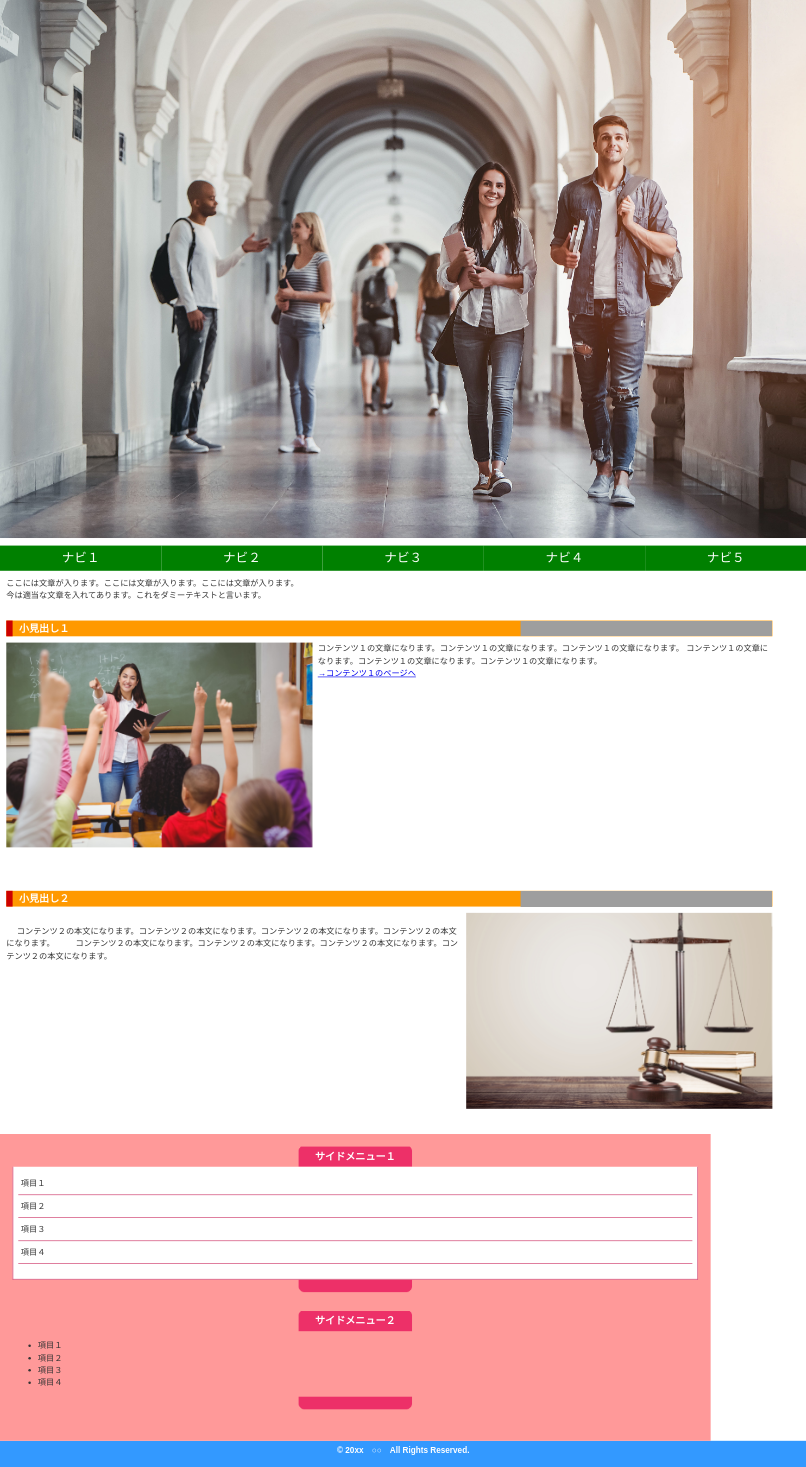
Repository: royal3773/samurai_HTML-CSS
Page: home/home.html
The author's editor kept a record of every edit. The page is drawn from the files as they stood at one moment, then again after the next edit.
The browser window is 1280 px wide. The pictures show the whole page, at 63% of full size.
Pictures or frames that could not be fetched are drawn as grey boxes.

Above is the page before.

After the next edit:
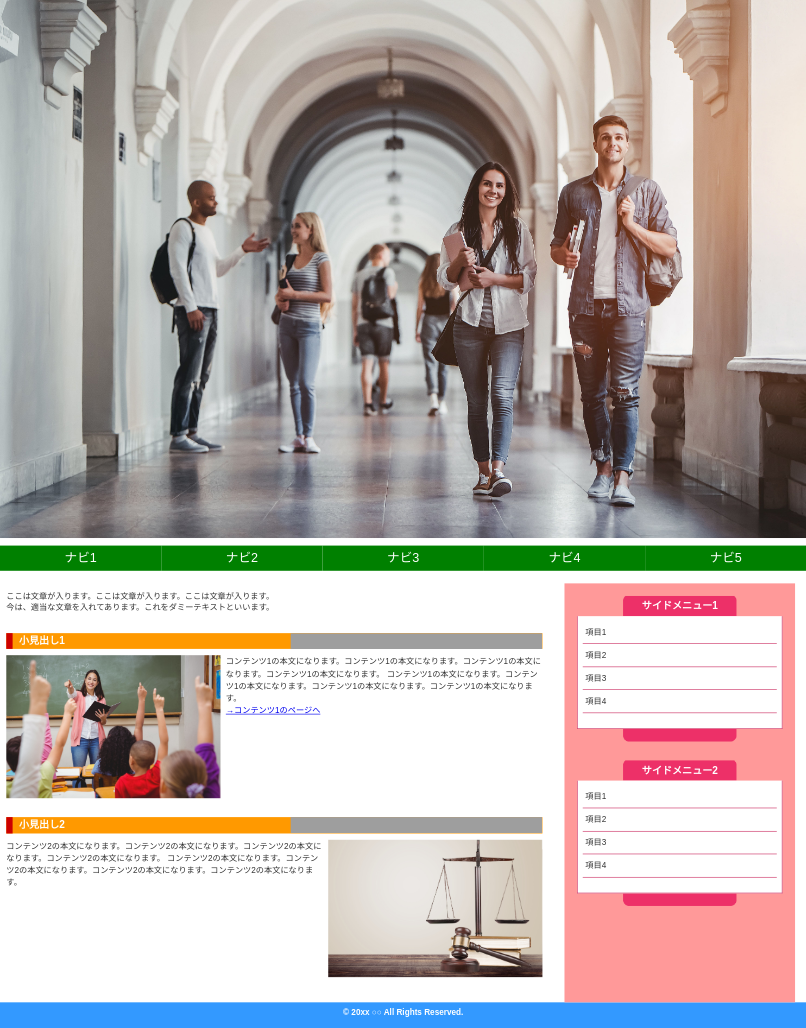
The edit:
--- a/home/home.html
+++ b/home/home.html
@@ -6,70 +6,70 @@
     <link rel="stylesheet" href="stylesheet2.css">
   </head>
   <body>
-     <div id="header">
-         <h1><a href="index.html"><img id="corridor" src="images/corridor.jpg" alt="大学の廊下" /></a></h1>
-     </div>
-     <div id="wrapper">
-     <div id="nav">
-         <ul>
-            <li><a herf="home.html">ナビ１</a></li>
-            <li><a herf="#">ナビ２</a></li>
-            <li><a herf="#">ナビ３</a></li>
-            <li><a herf="#">ナビ４</a></li>
-            <li><a herf="#">ナビ５</a></li>
-         </ul>
-     </div>
-     <div id"container">
-     <div id="main">
-         <div class="post">
-            <P>ここには文章が入ります。ここには文章が入ります。ここには文章が入ります。<br />今は適当な文章を入れてあります。これをダミーテキストと言います。</P>
-         </div>
-         <div class="post clearfix">
-            <h2>小見出し１</h2>
-            <img class="left" src="images/classroom.jpg" alt="授業風景"/>
-            <p>
-                コンテンツ１の文章になります。コンテンツ１の文章になります。コンテンツ１の文章になります。
-                コンテンツ１の文章になります。コンテンツ１の文章になります。コンテンツ１の文章になります。
-            </p>
-            <p><a href="#">→コンテンツ１のページへ</a></p>
-        　</div>
-        　<div class="post clearfix">
-        　   <h2>小見出し２</h2>
-        　   <img class="right" src="images/scale.jpg" alt="天秤"/>
-        　   <p>
-        　       コンテンツ２の本文になります。コンテンツ２の本文になります。コンテンツ２の本文になります。コンテンツ２の本文になります。
-        　     　コンテンツ２の本文になります。コンテンツ２の本文になります。コンテンツ２の本文になります。コンテンツ２の本文になります。
-        　   </p>
-        　</div>
-     </div>
-     </div>
-     <div id="side">
-         <div class="box">
-             <h2>サイドメニュー１</h2>
-             <div class="boxBody">
-                 <ul>
-                     <li>項目１</li>
-                     <li>項目２</li>
-                     <li>項目３</li>
-                     <li>項目４</li>
-                 </ul>
-             </div>
-         </div>
-         <div class="box">
-             <h2>サイドメニュー２</h2>
-             <div calss="boxBody">
-                 <ul>
-                     <li>項目１</li>
-                     <li>項目２</li>
-                     <li>項目３</li>
-                     <li>項目４</li>
-                 </ul>
-             </div>
-         </div>
-     </div>
-     </div>
-     <div id="footer">
-         <p>&copy; 20xx　○○　All Rights Reserved.</p>
-     </div>
-  </body>
+        <div id="header">
+            <h1><a href="index.html"><img id="corridor" src="images/corridor.jpg" alt="大学の廊下" /></a></h1>
+        </div>
+        <div id="wrapper">
+            <div id="nav">
+                <ul>
+                    <li><a href="home.html">ナビ1</a></li>
+                    <li><a href="#">ナビ2</a></li>
+                    <li><a href="#">ナビ3</a></li>
+                    <li><a href="#">ナビ4</a></li>
+                    <li><a href="#">ナビ5</a></li>
+                </ul>
+            </div>
+            <div id="container">
+                <div id="main">
+                    <div class="post">
+                        <p>ここは文章が入ります。ここは文章が入ります。ここは文章が入ります。<br />今は、適当な文章を入れてあります。これをダミーテキストといいます。</p>
+                    </div>
+                    <div class="post clearfix">
+                        <h2>小見出し1</h2>
+                        <img class="left" src="images/classroom.jpg" alt="授業風景" />
+                        <p>
+                            コンテンツ1の本文になります。コンテンツ1の本文になります。コンテンツ1の本文になります。コンテンツ1の本文になります。
+                            コンテンツ1の本文になります。コンテンツ1の本文になります。コンテンツ1の本文になります。コンテンツ1の本文になります。
+                        </p>
+                        <p><a href="#">→コンテンツ1のページへ</a></p>
+                    </div>
+                    <div class="post clearfix">
+                        <h2>小見出し2</h2>
+                        <img class="right" src="images/scale.jpg" alt="天秤" />
+                        <p>
+                            コンテンツ2の本文になります。コンテンツ2の本文になります。コンテンツ2の本文になります。コンテンツ2の本文になります。
+                            コンテンツ2の本文になります。コンテンツ2の本文になります。コンテンツ2の本文になります。コンテンツ2の本文になります。
+                        </p>
+                    </div>
+                </div>
+                <div id="side">
+                    <div class="box">
+                        <h2>サイドメニュー1</h2>
+                        <div class="boxBody">
+                            <ul>
+                                <li>項目1</li>
+                                <li>項目2</li>
+                                <li>項目3</li>
+                                <li>項目4</li>
+                            </ul>
+                        </div>
+                    </div>
+                    <div class="box">
+                        <h2>サイドメニュー2</h2>
+                        <div class="boxBody">
+                            <ul>
+                                <li>項目1</li>
+                                <li>項目2</li>
+                                <li>項目3</li>
+                                <li>項目4</li>
+                            </ul>
+                        </div>
+                    </div>
+                </div>
+            </div>
+        </div>
+        <div id="footer">
+            <p>&copy; 20xx ○○ All Rights Reserved.</p>
+        </div>
+    </body>
 </html>
